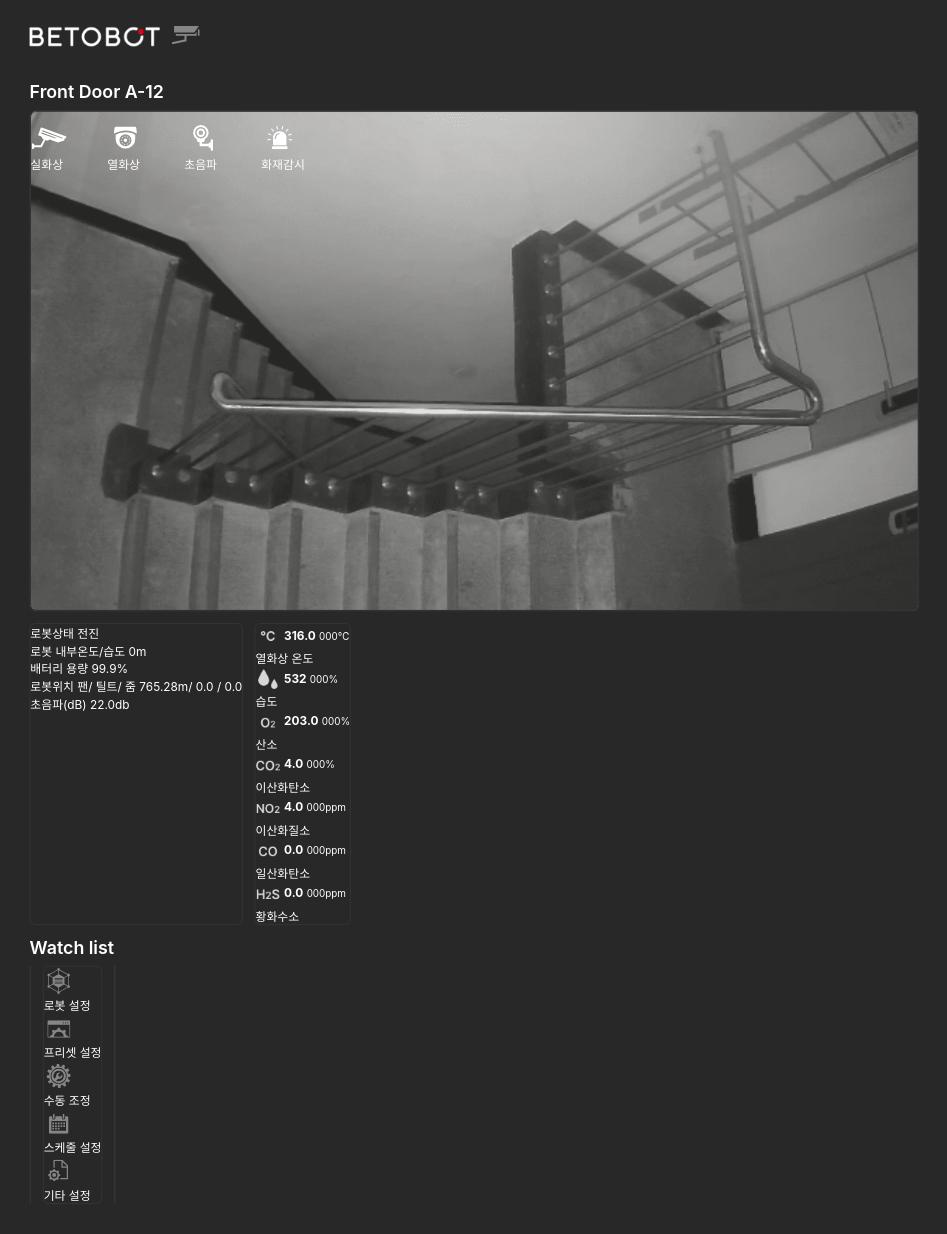
Repository: jang0ha/betobot
Page: content/main/main.html
An editor plug-in stored every save of this project. The page is shown before and after the next save, followed by the edit.
The browser window is 1280 px wide. The pictures show the whole page, at 74% of full size.
Some web fonts or font styles are not loaded; a fallback is used. The style sheet was rebuilt from its Sass, Less or Tailwind sources for each picture, by a compiler version that may differ from the author's.

Above is the page before, as saved 2022-07-12 17:14:42.

### content/main/main.html
<!DOCTYPE html>
<html lang="en">

<head>
    <meta charset="UTF-8">
    <meta http-equiv="X-UA-Compatible" content="IE=edge">
    <meta name="viewport" content="width=device-width, initial-scale=1.0">
    <meta name="viewport" content="width=device-width, user-scalable=no, initial-scale=1.0">
    <meta name="format-detection" content="telephone=no">
    <title>BETOBOT</title>

    <!-- 스타일 css -->
    <link rel="stylesheet" href="/resources/css/style.css">



    <!-- 제이쿼리 js -->
    <script src="/resources/js/jquery/jquery.min.js"></script>
    <script src="/resources/lib/jquery-ui/jquery-ui.min.js"></script>

    <!-- gsap -->
    <script src="/resources/lib/gsap/gsap.min.js"></script>
</head>
<body id="main">
    <div id="wrap">
        <!-- 헤더 -->
        <div id="header-block">
            <header>
                <div class="container">
                    <div class="header-wrap">
                        <a href="/content/main/main.html" class="logo-wrap">
                            <img src="../../resources/images/icon-logo.png" alt="BETOBOT 로고 이미지" class="logo">
                            <img src="../../resources/images/icon-camera.svg" alt="로고 카메라 이미지" class="logo-camera">
                        </a>
                    </div>
                </div>
            </header>
        </div>

        <!-- 컨텐츠 -->
        <div id="content-block">
            <main id="content" role="main">
                <div class="container">
                    <div class="row-wrap">
                        <div class="left-container">
                            <div class="title">Front Door A-12</div>
                            <div class="row-wrap">
                                <div class="front-list-wrap card" style="background-image:url('../../resources/images/@sample-front-img.png')">
                                    <ul>
                                        <li>
                                            <a href="javascript:'';"  class="active">
                                                <i class="icon-front-camera"></i>
                                                <p>실화상</p>
                                            </a>
                                        </li>
                                        <li>
                                            <a href="javascript:'';" >
                                                <i class="icon-front-temper"></i>
                                                <p>열화상</p>
                                            </a>
                                        </li>
                                        <li>
                                            <a href="javascript:'';">
                                                <i class="icon-front-wave"></i>
                                                <p>초음파</p>
                                            </a>
                                        </li>
                                        <li>
                                            <a href="javascript:'';">
                                                <i class="icon-front-fire"></i>
                                                <p>화재감시</p>
                                            </a>
                                        </li>
                                    </ul>
                                </div>

                                <div class="robot-information-wrap card">
                                    <ul>
                                        <li>
                                            <span class="index">로봇상태</span>
                                            <span class="index-information">전진</span>
                                        </li>
                                        <li>
                                            <span class="index">로봇 내부온도/습도</span>
                                            <span class="index-information">0m</span>
                                        </li>
                                        <li>
                                            <span class="index">배터리 용량</span>
                                            <span class="index-information">99.9%</span>
                                        </li>
                                        <li>
                                            <span class="index">로봇위치 팬/ 틸트/ 줌</span>
                                            <span class="index-information">765.28m/ 0.0 / 0.0</span>
                                        </li>
                                        <li>
                                            <span class="index">초음파(dB)</span>
                                            <span class="index-information">22.0db</span>
                                        </li>
                                    </ul>
                                </div>

                                <div class="sensor-information-wrap card">
                                    <ul>
                                        <li>
                                            <i class="icon-info-temper"></i>
                                            <strong>316.0</strong>
                                            <small>000℃</small>
                                            <p class="name">열화상 온도</p>
                                        </li>
                                        <li>
                                            <i class="icon-info-humidity"></i>
                                            <strong>532</strong>
                                            <small>000%</small>
                                            <p class="name">습도</p>
                                        </li>
                                        <li>
                                            <i class="icon-info-o2"></i>
                                            <strong>203.0</strong>
                                            <small>000%</small>
                                            <p class="name">산소</p>
                                        </li>
                                        <li>
                                            <i class="icon-info-co2"></i>
                                            <strong>4.0</strong>
                                            <small>000%</small>
                                            <p class="name">이산화탄소</p>
                                        </li>
                                        <li>
                                            <i class="icon-info-no2"></i>
                                            <strong>4.0</strong>
                                            <small>000ppm</small>
                                            <p class="name">이산화질소</p>
                                        </li>
                                        <li>
                                            <i class="icon-info-co"></i>
                                            <strong>0.0</strong>
                                            <small>000ppm</small>
                                            <p class="name">일산화탄소</p>
                                        </li>
                                        <li>
                                            <i class="icon-info-h2s"></i>
                                            <strong>0.0</strong>
                                            <small>000ppm</small>
                                            <p class="name">황화수소</p>
                                        </li>
                                    </ul>
                                </div>
                            </div>
                        </div>
                        <div class="right-contianer">
                            <div class="title">Watch list</div>
                            <div class="row-wrap">
                                <div class="watch-list-wrap card"></div>
                                <div class="watch-list-btn-wrap card">
                                    <ul>
                                        <li>
                                            <a href="">
                                                <i class="icon-menu-robot"></i>
                                                <p>로봇 설정</p>
                                            </a>
                                        </li>
                                        <li>
                                            <a href="">
                                                <i class="icon-menu-preset"></i>
                                                <p>프리셋 설정</p>
                                            </a>
                                        </li>
                                        <li>
                                            <a href="">
                                                <i class="icon-menu-handwork"></i>
                                                <p>수동 조정</p>
                                            </a>
                                        </li>
                                        <li>
                                            <a href="">
                                                <i class="icon-menu-schedule"></i>
                                                <p>스케줄 설정</p>
                                            </a>
                                        </li>
                                        <li>
                                            <a href="">
                                                <i class="icon-menu-etc"></i>
                                                <p>기타 설정</p>
                                            </a>
                                        </li>
                                    </ul>
                                </div>
                                <div class="watch-map card">

                                </div>
                            </div>
                        </div>
                    </div>
                </div>
            </main>
        </div>


        <!-- 푸터 -->
        <!-- <div id="footer-block">
            <footer>
            </footer>
        </div> -->
    </div>

    <!-- ui.js  -->
    <!-- <script src="/resources/js/ui.js"></script> -->

    <script>

    </script>
</body>

</html>

### resources/scss/style.scss
@import url('https://cdn.jsdelivr.net/gh/orioncactus/pretendard/dist/web/static/pretendard-dynamic-subset.css');

* {
    padding: 0;
    margin: 0;
}

html,body{
    margin:0;padding:0; width:100%; height:100%;
    font-family: 'Pretendard', -apple-system, BlinkMacSystemFont, system-ui, Roboto, 'Helvetica Neue', 'Segoe UI', 'Apple SD Gothic Neo', 'Noto Sans KR', 'Malgun Gothic', sans-serif;
    background:#282828;
    color:#fff;

    scrollbar-face-color: transparent;
	scrollbar-track-color: transparent;
	scrollbar-arrow-color: #fff;
	scrollbar-3dlight-color: none;
	scrollbar-shadow-color: #fff;
	scrollbar-darkshadow-color: none;
    scrollbar-color: #fff transparent;
    scrollbar-width: auto;
}
::-webkit-scrollbar{
	width: 8px;
	height: 8px;
	background-color: transparent;
}
::-webkit-scrollbar-track{
	border-radius: 0;
	background-color: transparent;
}
::-webkit-scrollbar-thumb{
	border-radius: 8px;
	background-color: #fff;
}
::-webkit-scrollbar-button {
    width: 0;
    height: 0;
}

ul,ol{
    list-style: none;
}
a{text-decoration: none; display: block; color:#fff;}

.container{
    width: calc(100% - 80px);
    padding:0 40px;
}


// 이미지
[class^=icon-]{display: inline-block;vertical-align: middle;background-repeat: no-repeat;background-position: 50% 50%; background-size: contain;}
[class^=icon-front-]{width:50px; height:50px;}
[class^=icon-info-]{width:34px; height:34px;}
[class^=icon-menu-]{width:40px; height:40px;}

.icon-front-camera{background-image: url('../images/icon-front-camera.svg');}
.icon-front-temper{background-image: url('../images/icon-front-temper.svg');}
.icon-front-wave{background-image: url('../images/icon-front-wave.svg');}
.icon-front-fire{background-image: url('../images/icon-front-fire.svg');}

.icon-info-temper{background-image: url('../images/icon-info-temper.png');}
.icon-info-humidity{background-image: url('../images/icon-info-humidity.png');}
.icon-info-o2{background-image: url('../images/icon-info-o2.png');}
.icon-info-co2{background-image: url('../images/icon-info-co2.png');}
.icon-info-no2{background-image: url('../images/icon-info-no2.png');}
.icon-info-co{background-image: url('../images/icon-info-co.png');}
.icon-info-h2s{background-image: url('../images/icon-info-h2s.png');}

.icon-menu-robot{background-image: url('../images/icon-menu-robot.svg');}
.icon-menu-preset{background-image: url('../images/icon-menu-preset.svg');}
.icon-menu-handwork{background-image: url('../images/icon-menu-handwork.svg');}
.icon-menu-schedule{background-image: url('../images/icon-menu-schedule.svg');}
.icon-menu-etc{background-image: url('../images/icon-menu-etc.svg');}


// 헤더
#header-block{
    padding:35px 0 5px 0;
    .logo-wrap{
        display: flex;
        align-items: flex-start;
        .logo{
            width: 176px;
            margin-right: 16px;
        }
    }
}

// 컨텐트
#content{
    padding:40px 0;
}

// 공통 시작
.row-wrap{
    display: flex;
    gap: 16px;
    flex-wrap: wrap;
}

.card{
    border-radius: 8px;
    border: solid 1px #393939;
}

.title{
    font-size: 24px;
    font-weight: 600;
    margin-bottom: 10px;
}

// 공통 끝



.front-list-wrap{
    position: relative;
    width: 1200px;
    height: 675px;
    ul{
        position: absolute;
        display: flex;
        gap: 4px;
        li{
            flex:0 0 100px;
            a{
                display: flex;
                flex-direction: column;
                padding:10px 0 13px 0;
            }
        }
    }
}

Loaded but not shown: resources/js/jquery/jquery.min.js (library); resources/lib/jquery-ui/jquery-ui.min.js (library); resources/lib/gsap/gsap.min.js (library)

After the next save:
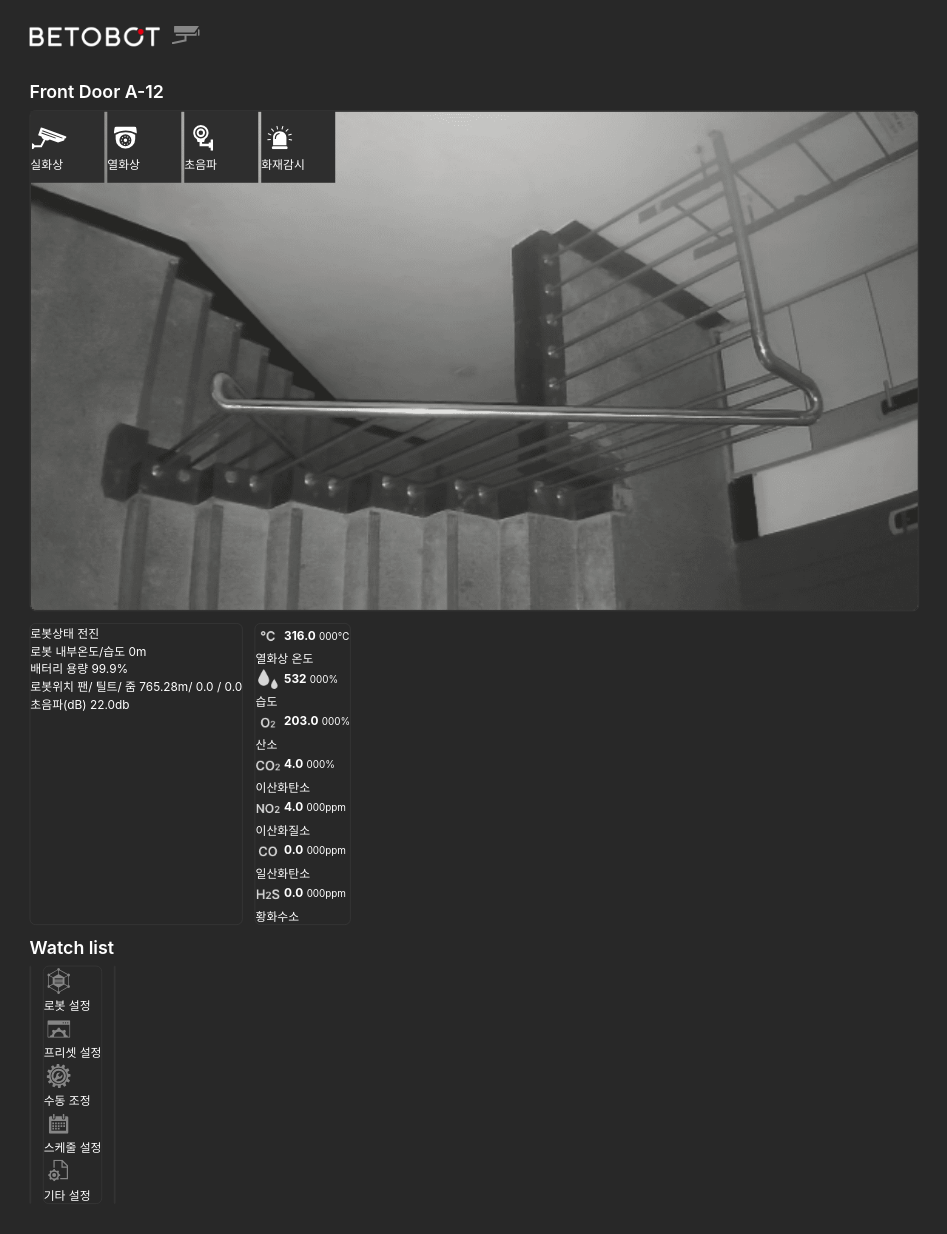
Saved 34 s later.
--- a/resources/scss/style.scss
+++ b/resources/scss/style.scss
@@ -129,6 +129,7 @@
                 display: flex;
                 flex-direction: column;
                 padding:10px 0 13px 0;
+                background-color: #2e2e2e;
             }
         }
     }
